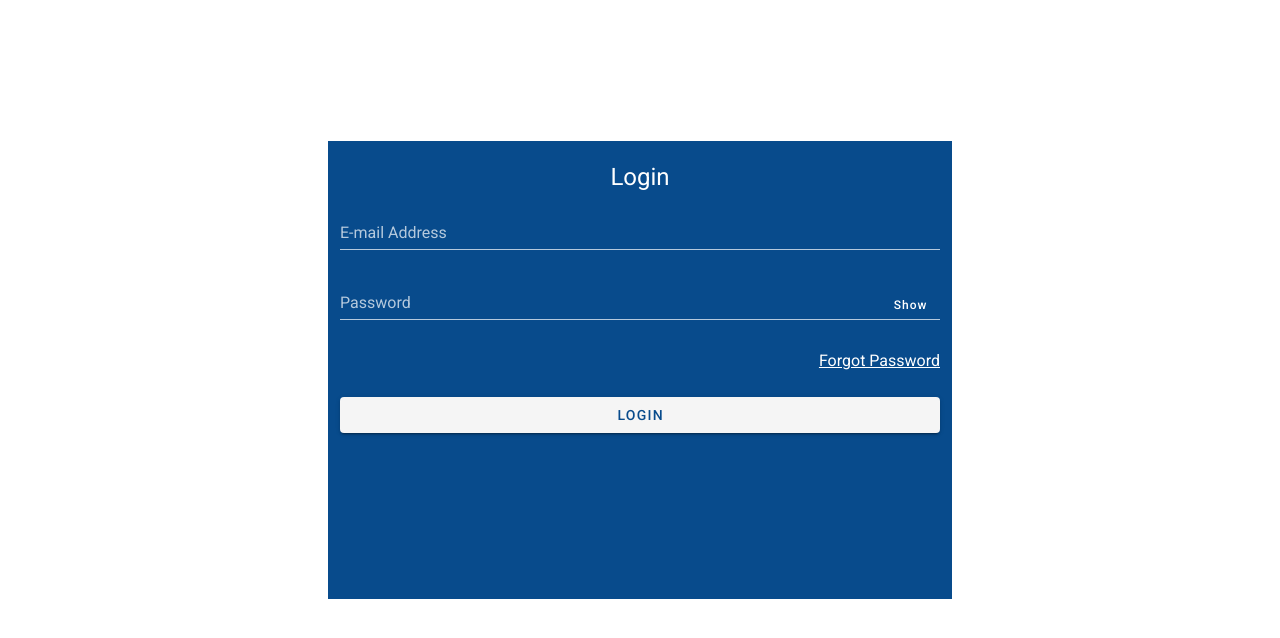
Repository: Grace229/Login
Page: /
These files come from the project's save history. The page is drawn as it stood at one moment and after the next save; the edit follows.
The browser window is 1280 px wide. The pictures show the whole page.
The project was rebuilt for these pictures with package versions that can differ from the ones it lists, and the page was loaded fresh each time. Also part of the build but not shown: vue.config.js. Imported but missing from the stored project, and not drawn on this page: src/components/EventBus, src/views/About.vue.

Above is the page before, as saved 2021-02-15 12:04:56.

### src/App.vue
<template>
  <v-app>
    <v-main><router-view></router-view> </v-main>
  </v-app>
</template>

<script>
export default {
  name: "App",

  components: {},

  data: () => ({
    //
  }),
};
</script>

### src/plugins/vuetify.js
import Vue from "vue";
import Vuetify from "vuetify/lib/framework";

Vue.use(Vuetify);

export default new Vuetify({
  theme: {
    options: {
      customProperties: true
    },
    themes: {
      light: {
        primary: "#084b8c",
        secondary: "#424242",
        accent: "#82B1FF",
        error: "#FF5252",
        info: "#2196F3",
        success: "#4CAF50",
        warning: "#FFC107"
      }
    }
  }
});

### src/views/Home.vue
<template>
  <main
    style="min-height:100vh"
    class="fill-height white--text d-flex flex-column justify-center pa-4"
  >
    <div class="col-md-8 mt-5 primary mx-auto" style="width: 50%; height:100%">
      <header>
        <div class="headline text-center py-2">
          Login
        </div>
      </header>

      <section class="mx-auto">
        <div>
          <v-text-field
            dark
            label="E-mail Address"
            v-model="FORM.email"
            :rules="[rules.required, rules.email]"
          />
        </div>
        <div>
          <v-text-field
            dark
            v-model="password"
            :rules="[rules.required]"
            label="Password"
            :type="showPassword ? 'text' : 'password'"
          >
            <v-btn
              text
              small
              slot="append"
              @click="showPassword = !showPassword"
              class="transparent text-capitalize"
              >{{ showPassword ? "hide" : "show" }}</v-btn
            >
          </v-text-field>

          <div class="text-right py-2">
            <router-link to="/#" class="white--text"
              >Forgot Password</router-link
            >
          </div>

          <div class="pt-4">
            <v-btn block class="primary--text">Login</v-btn>
          </div>
        </div>
      </section>
    </div>
  </main>
</template>

<script>
import axios from "axios";
import router from "../router";
import EventBus from "../components/EventBus";
export default {
  data() {
    return {
      email: "",
      password: "",
      FORM: {},
      showPassword: false,
      rules: {
        required: (value) => !!value || "Required.",
        counter: (value) => value.length <= 20 || "Max 20 characters",
        email: (value) => {
          const pattern = /^(([^<>()[\]\\.,;:\s@"]+(\.[^<>()[\]\\.,;:\s@"]+)*)|(".+"))@((\[[0-9]{1,3}\.[0-9]{1,3}\.[0-9]{1,3}\.[0-9]{1,3}])|(([a-zA-Z\-0-9]+\.)+[a-zA-Z]{2,}))$/;
          return pattern.test(value) || "Invalid e-mail.";
        },
      },
    };
  },
  methods: {
    login() {
      axios
        .post("/users/Login", {
          email: this.email,
          password: this.password,
        })
        .then((res) => {
          localStorage.setItem("usertoken", res.data);
          this.email = "";
          this.password = "";
          router.push({ name: "Profile" });
        })
        .catch((err) => {
          console.log(err);
        });
      this.emitMethod();
    },
    emitMethod() {
      EventBus.$emit("logged-in", "loggedin");
    },
  },
};
</script>

Loaded but not shown: public/index.html (common file); src/main.js (common file); src/router/index.js (common file); src/store/index.js (common file)

After the next save:
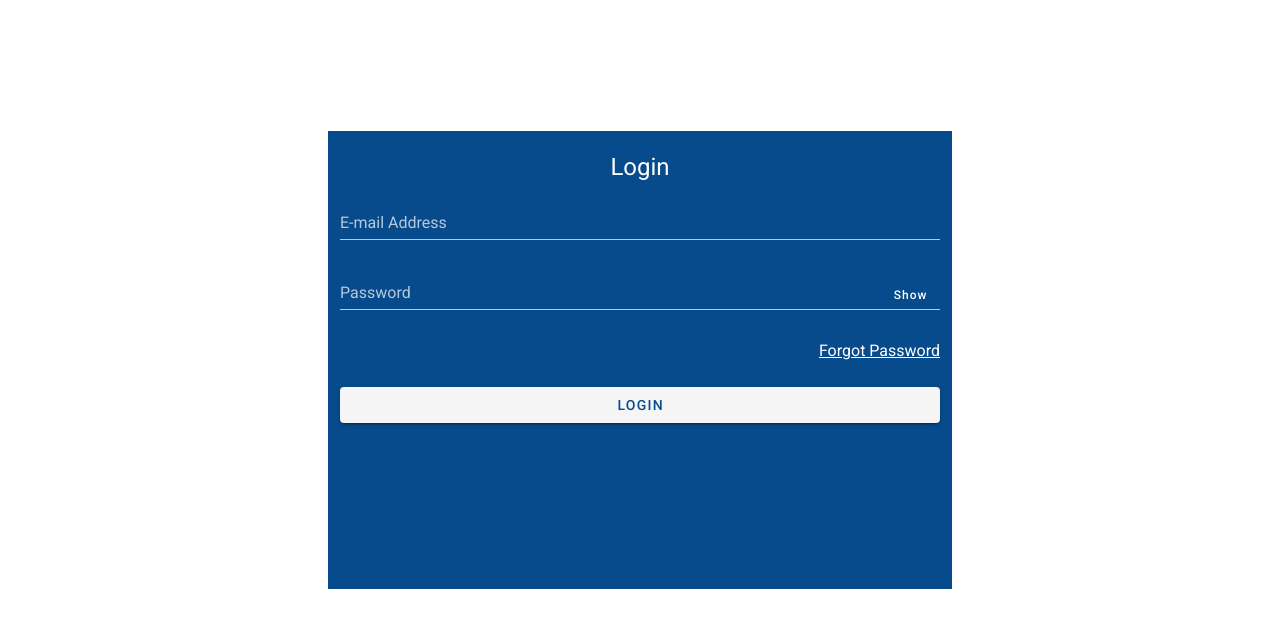
Saved 28 s later.
--- a/src/views/Home.vue
+++ b/src/views/Home.vue
@@ -3,7 +3,7 @@
     style="min-height:100vh"
     class="fill-height white--text d-flex flex-column justify-center pa-4"
   >
-    <div class="col-md-8 mt-5 primary mx-auto" style="width: 50%; height:100%">
+    <div class="col-md-8 primary mx-auto" style="width: 50%; height:100%">
       <header>
         <div class="headline text-center py-2">
           Login
